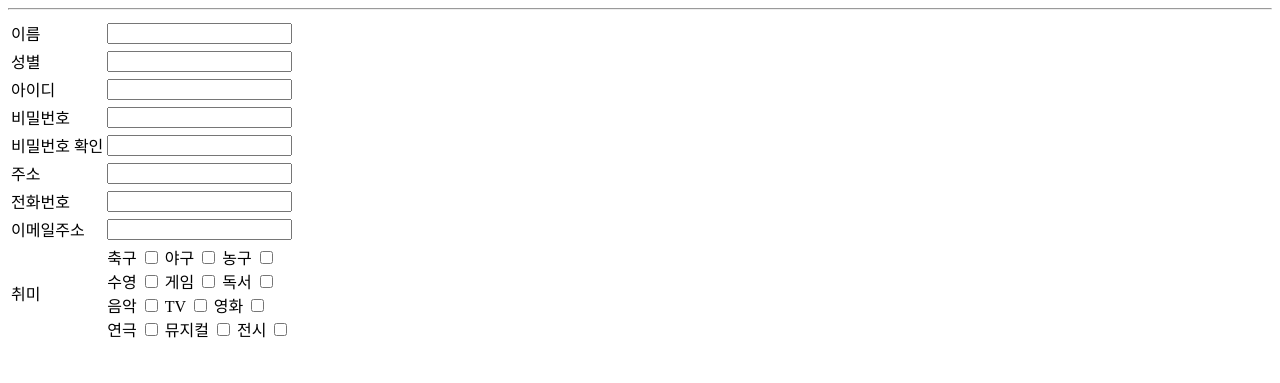
Repository: Gabintree/JDBC2019
Page: http://localhost/Jsp20190510_start/Jsp0516_chap6.jsp
These files come from the project's save history. The page is drawn as it stood at one moment and after the next save; the edit follows.
The browser window is 1280 px wide. The pictures show the whole page.
The page is served by Tomcat 9.

Above is the page before, as saved 2019-05-16 06:11:36.

### Jsp20190510_start/WebContent/Jsp0516_chap6.jsp
<%@ page language="java" contentType="text/html; charset=UTF-8"
    pageEncoding="UTF-8"%>
<!DOCTYPE html>
<html>
<head>
<meta charset="UTF-8">
<title>Chaop6 page.1</title>
</head>
<body>
	<form action="" method="">
	<table>
		<tr>
			<td>이름</td>
			<td><input type ="text" name="name"></td>
		</tr>
		<tr>
			<td>성별</td>
			<td><input type ="text" name="nmayeo"></td>
		</tr>
		<tr>
			<td>아이디</td>
			<td><input type ="text" name="id"></td>
		</tr>
		<tr>
			<td>비밀번호</td>
			<td><input type ="text" name="pw"></td>
		</tr>
		<tr>
			<td>비밀번호 확인</td>
			<td><input type = "text" name="pw_re"></td>
		</tr>
		<tr>
			<td>주소</td>
			<td><input type ="text" name="ad"></td>
		</tr>
		<tr>
			<td>전화번호</td>
			<td><input type ="tel" name="tel"></td>
		</tr>
		<tr>
			<td>이메일주소</td>
			<td><input type = "email" name= "mail"></td>
		</tr>
		<tr>
			<td>취미</td>
			<td>
				축구 <input type="checkbox" name="hobby" value="축구">
				야구 <input type="checkbox" name="hobby" value="야구">
				농구 <input type="checkbox" name="hobby" value="농구"><br>
				수영 <input type="checkbox" name="hobby" value="수영">
				게임 <input type="checkbox" name="hobby" value="게임">
				독서 <input type="checkbox" name="hobby" value="독서"><br>
				음악 <input type="checkbox" name="hobby" value="음악">
				TV <input type="checkbox" name="hobby" value="TV">
				영화 <input type="checkbox" name="hobby" value="영화"><br>
				연극 <input type="checkbox" name="hobby" value="연극">
				뮤지컬 <input type="checkbox" name="hobby" value="뮤지컬">
				전시 <input type="checkbox" name="hobby" value="전시">
			</td>
		</tr>
<hr>



	</table>
	</form>




</body>
</html>

After the next save:
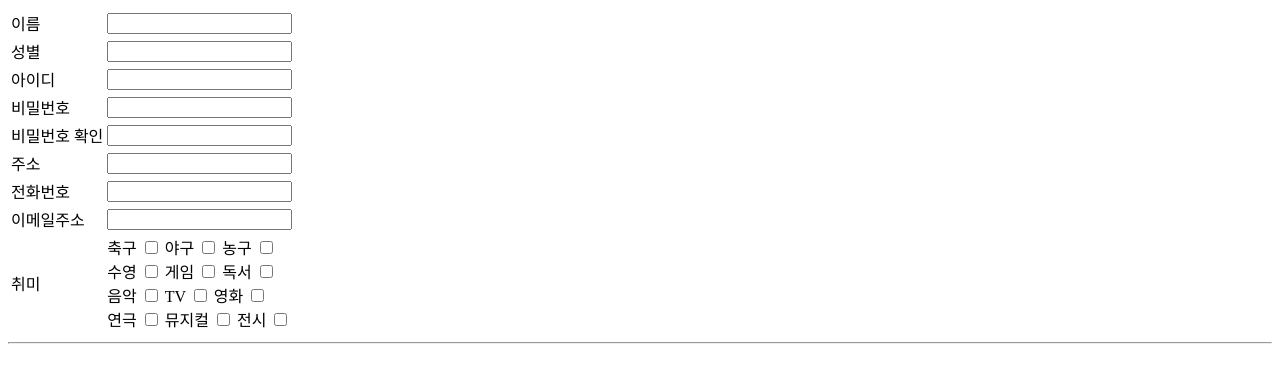
Saved 13 s later.
--- a/Jsp20190510_start/WebContent/Jsp0516_chap6.jsp
+++ b/Jsp20190510_start/WebContent/Jsp0516_chap6.jsp
@@ -58,11 +58,8 @@
 				전시 <input type="checkbox" name="hobby" value="전시">
 			</td>
 		</tr>
-<hr>
-
-
-
 	</table>
+	<hr>
 	</form>
 
 
